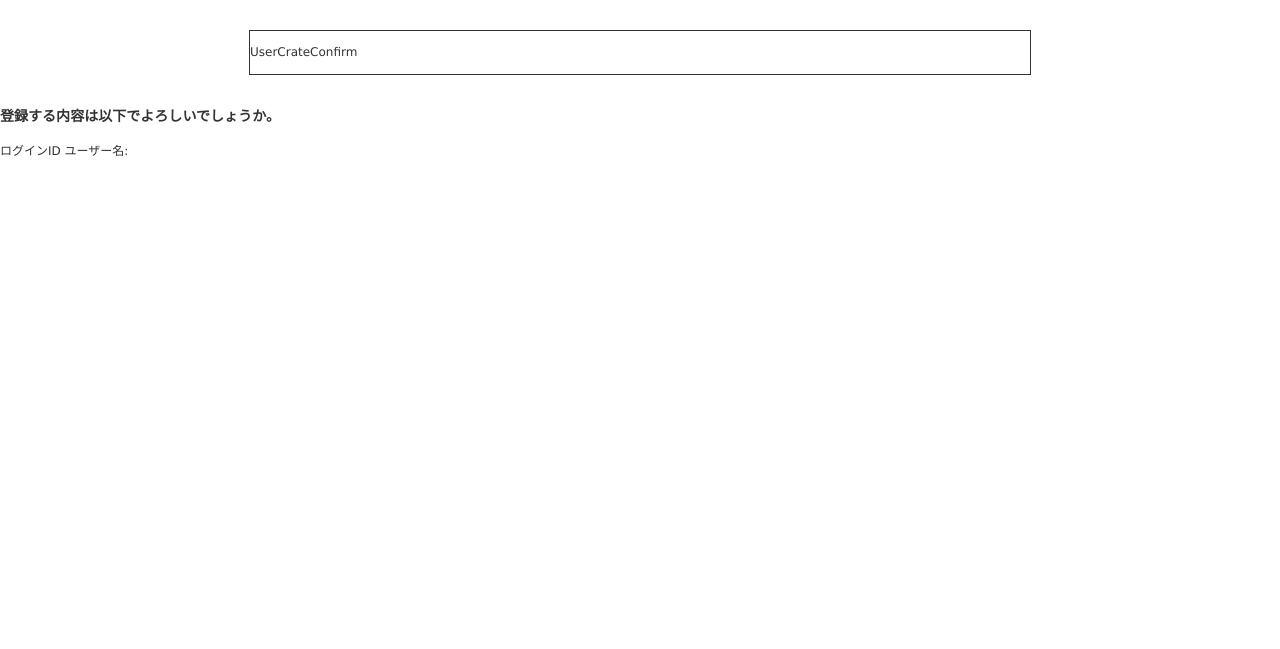
Repository: hiroki811/test
Page: http://localhost/template/userCreateConfirm.jsp
The author's editor kept a copy of each file at every save. The page is drawn from the files as they stood at one save, then again after the next save.
The browser window is 1280 px wide. The pictures show the whole page.
The page is served by Tomcat 9. Other server files are loaded and not shown.

Above is the page before, as saved 2018-04-17 06:21:21.

### template/WebContent/userCreateConfirm.jsp
<%@ page language="java" contentType="text/html; charset=UTF-8"
	pageEncoding="UTF-8"%>
<%@ taglib prefix="s" uri="/struts-tags"%>
<!DOCTYPE html >
<html>
<head>
<meta http-equiv="Content-Type" content="text/html; charset=utf-8" />
<meta http-equiv="Content-Style-Types" content="text/css" />
<meta http-equiv="Content-Script-Type" content="text/javascript" />
<meta http-equiv="imagetoolbar" content="no" />
<meta name="desciption" content="" />
<meta name="keywords" content="" />
<title>UserCreateCofirm画面</title>
<style type="text/css">

/*==============TAG LAYOUT================*/
body {
	margin: 0;
	padding: 0;
	line-height: 1.6;
	leter-spacing: 1px;
	font-family: Verdana, Helvetica, sans-serif;
	font-size: 12px;
	color: #333;
	background: #fff;
}

table {
	text-align: center;
	margin: 0 auto;
}

/*==================ID LAYOUT====================*/
#top {
	width: 780px;
	margin: 30px auto;
	border: 1px solid #333;
}

#main {
	width: 100%;
	height: 500px;
	tex-align: center;
}

#fotter {
	width: 100%;
	height: 80px;
	background-color: black;
	clear: both;
}
</style>

</head>
<body>
	<div id="header">
		<div id="pr"></div>
	</div>
	<div id="main">
		<div id="top">
			<p>UserCrateConfirm</p>
		</div>
		<div>
			<h3>登録する内容は以下でよろしいでしょうか。</h3>
			<table>
				<s:form action="UserCreateCompleteAction"></s:form>
				<tr id="box">
					<td><label>ログインID</label></td>
					<td><s:property value="loginPassword" escape="false" /></td>
				</tr>
			    <tr id="box">
			         <td>
			                <label>ユーザー名:</label>
			          </td>
			          <td>
			               <s:property value="userName" />
			           </td>
			     </tr>
			     </table>

		</div>
	</div>

</body>
</html>

After the next save:
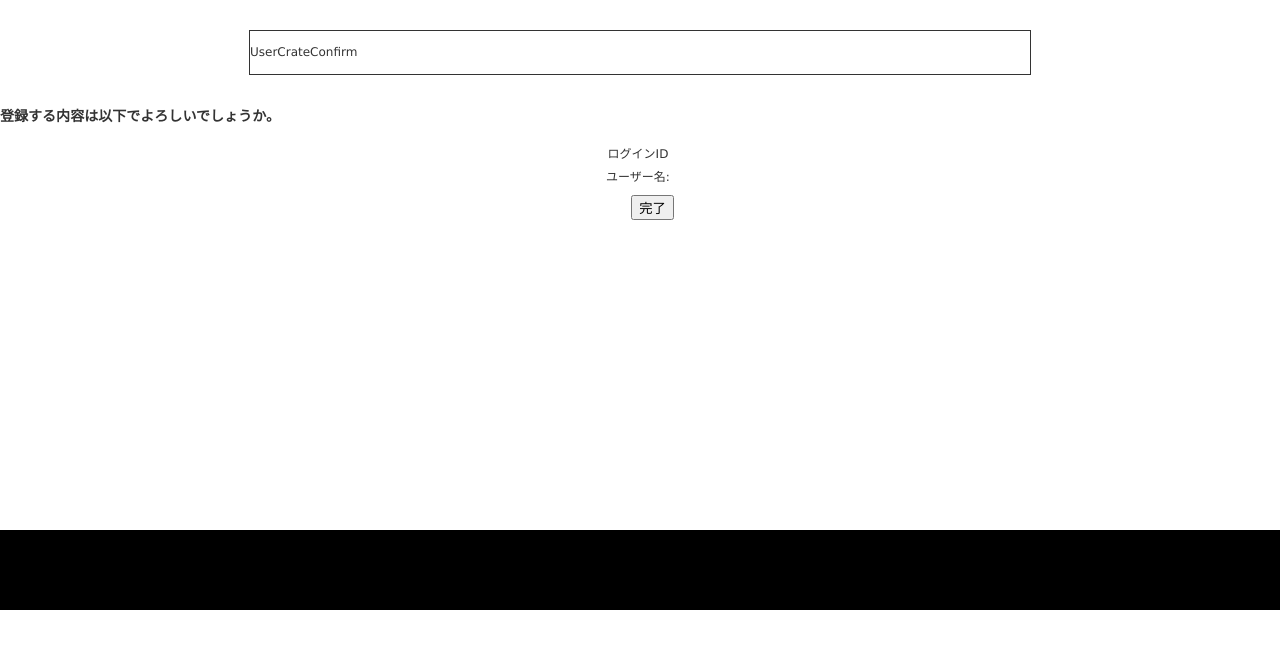
Saved 10 min 52 s later.
--- a/template/WebContent/userCreateConfirm.jsp
+++ b/template/WebContent/userCreateConfirm.jsp
@@ -63,22 +63,25 @@
 		<div>
 			<h3>登録する内容は以下でよろしいでしょうか。</h3>
 			<table>
-				<s:form action="UserCreateCompleteAction"></s:form>
-				<tr id="box">
-					<td><label>ログインID</label></td>
-					<td><s:property value="loginPassword" escape="false" /></td>
-				</tr>
-			    <tr id="box">
-			         <td>
-			                <label>ユーザー名:</label>
-			          </td>
-			          <td>
-			               <s:property value="userName" />
-			           </td>
-			     </tr>
-			     </table>
+				<s:form action="UserCreateCompleteAction">
+					<tr id="box">
+						<td><label>ログインID</label></td>
+						<td><s:property value="loginPassword" escape="false" /></td>
+					</tr>
+					<tr id="box">
+						<td><label>ユーザー名:</label></td>
+						<td><s:property value="userName" escape="false" /></td>
+					</tr>
+					<tr>
+						<td><s:submit value="完了" /></td>
+					</tr>
+				</s:form>
+			</table>
 
 		</div>
+	</div>
+	<div id="fotter">
+		<div id="pr"></div>
 	</div>
 
 </body>
